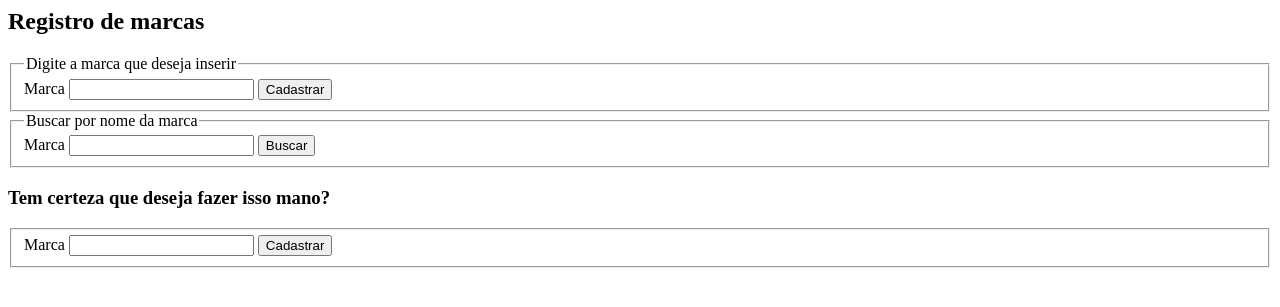
Repository: alysonrode/ProjetoTrilhaWeb
Page: ProjetoTrilhaWeb/WebContent/pages/admin/brands/index.html
These files come from the project's save history. The page is drawn as it stood at one moment and after a run of saves; the edit follows.
The browser window is 1280 px wide. The pictures show the whole page.

Above is the page before, as saved 2019-11-05 23:58:37.
Console error: ReferenceError: COLDIGO is not defined

### ProjetoTrilhaWeb/WebContent/pages/admin/brands/index.html
<script src="../../js/brands.js"></script>

<h2>Registro de marcas</h2>
<form name="frmInserirMarcas" id="inserirMarcas" class="frmInserir">
	<fieldset>
		<legend>Digite a marca que deseja inserir</legend>
		<tr>
			<th>Marca</th>
			<td><input type="text" name="marca">
				<button type="button" onclick="COLDIGO.marca.inserir()">
					Cadastrar</button></td>
		</tr>
	</fieldset>
	<div>
		<fieldset>
			<legend> Buscar por nome da marca </legend>

			<label for="nome">Marca</label> <input type="text"
				id="campoBuscaMarca">
			<button type="button" onclick="COLDIGO.marca.buscar()">Buscar</button>

		</fieldset>
	</div>
	<div id="listaMarcas" class="listaDeMarcas"></div>

	<div id="modalExcluirMarca">
		<h3>Tem certeza que deseja fazer isso mano?</h3>
	</div>

</form>
<div id="modalEditaMarca">
<form name="frmEditaMarca" id="editarMarcas" class="frmEditar">
	<fieldset>
	<tr>
		<th>Marca</th>
		<td><input type="hidden" name="idMarca">
		<input type="text" name="marca">
		<button type="button" onclick="COLDIGO.marca.editar()">
				Cadastrar</button></td>
	</tr>
	</fieldset>
</form>
</div>

### ProjetoTrilhaWeb/WebContent/js/brands.js
COLDIGO.marca = new Object();

$(document).ready(function(){

	COLDIGO.marca.inserir = function(){

		var marca = document.frmInserirMarcas.marca.value
		console.log(marca)

		$.ajax({
			type: "POST",
			url: COLDIGO.PATH + "marca/inserir",
			data: JSON.stringify(marca),
			success: function(msg){
				COLDIGO.exibirAviso(msg)
				//$("#").trigger("reset")
			},
			error: function(info){
				COLDIGO.exibirAviso("Erro ao cadastrar marca: " + info.status + " - " +info.statusText);
			}
		})

	}
	COLDIGO.marca.buscar = function(){
		var valorBusca = $("#campoBuscaMarca").val();
		$.ajax({
		type: "GET",
		url: COLDIGO.PATH+"marca/buscarPorNome",
		data: "valorBusca="+valorBusca,
		success: function(listaMarcas){
			$("#listaMarcas").html(COLDIGO.marca.exibir(listaMarcas))
		},
		error: function(){

		}
		})
	}

	COLDIGO.marca.exibir = function(listaMarcas){

		var tabela = "<table>" +
		"<tr>" +
		"<th> ID </th>" +
		"<th> Marca </th>" +
		"<th class='acoes'> Ações </th>" +
		"</tr>"

		if(listaMarcas != undefined && listaMarcas.length > 0){

			for(var i=0; i < listaMarcas.length; i++){
				tabela += "<tr>" +
						"<td>"+listaMarcas[i].id+"</td>"+
						"<td>"+listaMarcas[i].nome+"</td>"+
						"<td>" +
							"<a onclick=\"COLDIGO.marca.exibirEdicao('"+listaMarcas[i].id+"')\"><img src='../../imgs/edit.png' alt='Editar registro'></a>" +
							"<a onclick=\"COLDIGO.marca.deletar('"+listaMarcas[i].id+"')\"><img src='../../imgs/delete.png' alt='Deletar registro'></a>" +
						"</td>" +
						"</tr>"
			}


		}else if (listaMarcas == ""){
			tabela += "<tr><td colspan='3'>Nenhum registro encontrado</td></tr>"
		}
		tabela += "</table>"

			return tabela;
	}

	COLDIGO.marca.deletar = function(id){
		var modalExcluirMarca = {
				title: "Confirmar",
				height: 200,
				width: 300,
				modal: true,
				buttons: {
					"Sim": function(){
							$.ajax({
								type: "DELETE",
								url: COLDIGO.PATH + "marca/deletar/" +id,
								success: function(msg){
									COLDIGO.exibirAviso(msg)
									COLDIGO.marca.buscar()
									$("#modalExcluirMarca").dialog("close");
								},
								error: function(info){

								}
							})
					},
					"Não": function(){
						$("modalExckuirMarca").dialog("close");
					}
				}
			}
		$("#modalExcluirMarca").dialog(modalExcluirMarca);
	}
	COLDIGO.marca.exibirEdicao = function(id){
		$.ajax({
			type: "GET",
			url: COLDIGO.PATH + "marca/buscarPorId/" +id,
			success: function(marca){
				console.log(marca)
				document.frmEditaMarca.idMarca.value = marca.id;
				document.frmEditaMarca.marca.value = marca.nome;
				var modalEditaMarca = {

					title: "Editar marca",
					height: 200,
					width: 400,
					modal: true,
					buttons:{
						"Salvar": function(){
							COLDIGO.marca.editar()
						},
						"Cancelar": function(){
							$(this).dialog("close")
						}
					},
			}
			$("#modalEditaMarca").dialog(modalEditaMarca);
		},
			error: function(info){
				COLDIGO.exibirAviso("ERRO AO BUSCAR MARCAAAAAAAAAAH!")
			}
			})
	}
	COLDIGO.marca.editar = function(id){
		$.ajax({
			type: "PUT",
			url: COLDIGO.PATH + "marca/editar",

		})
	}

	COLDIGO.marca.buscar()

})

After the next 2 saves:
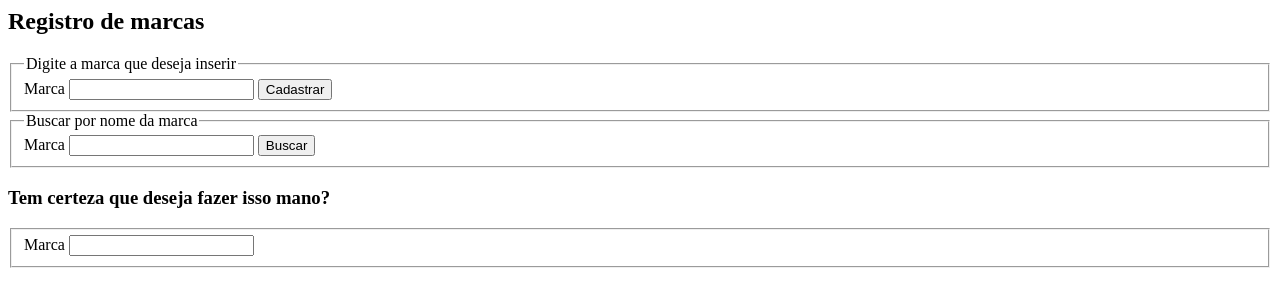
The 2 saves are shown as one change because they came seconds apart.
The last was saved 45 s later.
--- a/ProjetoTrilhaWeb/WebContent/pages/admin/brands/index.html
+++ b/ProjetoTrilhaWeb/WebContent/pages/admin/brands/index.html
@@ -35,8 +35,7 @@
 		<th>Marca</th>
 		<td><input type="hidden" name="idMarca">
 		<input type="text" name="marca">
-		<button type="button" onclick="COLDIGO.marca.editar()">
-				Cadastrar</button></td>
+	</td>
 	</tr>
 	</fieldset>
 </form>
